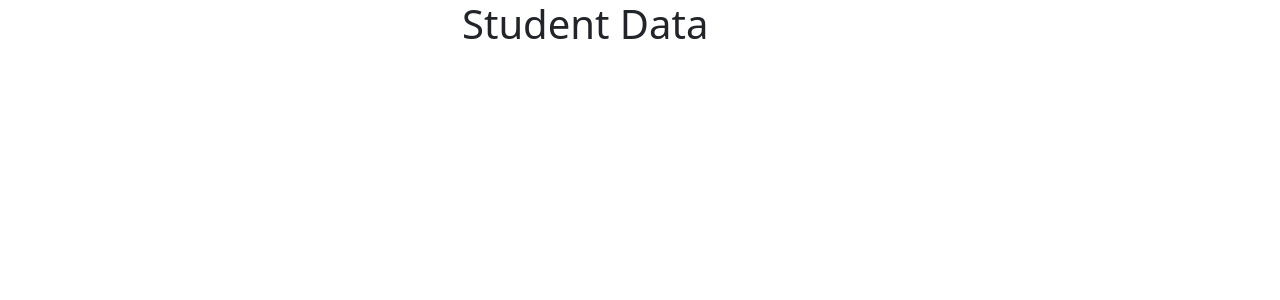
Repository: Laxman877/PracticeJava
Page: http://localhost/HibernateAssingment_004/display.jsp
An editor plug-in stored every save of this project. The page is shown before and after the next save, followed by the edit.
The browser window is 1280 px wide. The pictures show the whole page.
The page is served by Tomcat 9. Other server files are loaded and not shown.

Above is the page before, as saved 2022-07-23 06:00:18.

### HibernateAssingment_004/src/main/webapp/display.jsp
<%@ page language="java" contentType="text/html; charset=UTF-8"
    pageEncoding="UTF-8"%>
<!DOCTYPE html>
<html>
<head>
<meta charset="UTF-8">
<title>Data</title>
<link
	href="https://cdn.jsdelivr.net/npm/bootstrap@5.1.3/dist/css/bootstrap.min.css"
	rel="stylesheet"
	integrity="sha384-1BmE4kWBq78iYhFldvKuhfTAU6auU8tT94WrHftjDbrCEXSU1oBoqyl2QvZ6jIW3"
	crossorigin="anonymous">
<script
	src="https://cdn.jsdelivr.net/npm/bootstrap@5.1.3/dist/js/bootstrap.bundle.min.js"
	integrity="sha384-ka7Sk0Gln4gmtz2MlQnikT1wXgYsOg+OMhuP+IlRH9sENBO0LRn5q+8nbTov4+1p"
	crossorigin="anonymous"></script>
</head>
<body>
<div class="container">
<div class="row">
<div class="col md-4"></div>
<div class="col md-4">
<h1>Student Data</h1>
<table>
<tr>
<th></th>
</tr>
</table>
</div>
<div class="col md-4"></div>
</div>
</div>
</body>
</html>

After the next save:
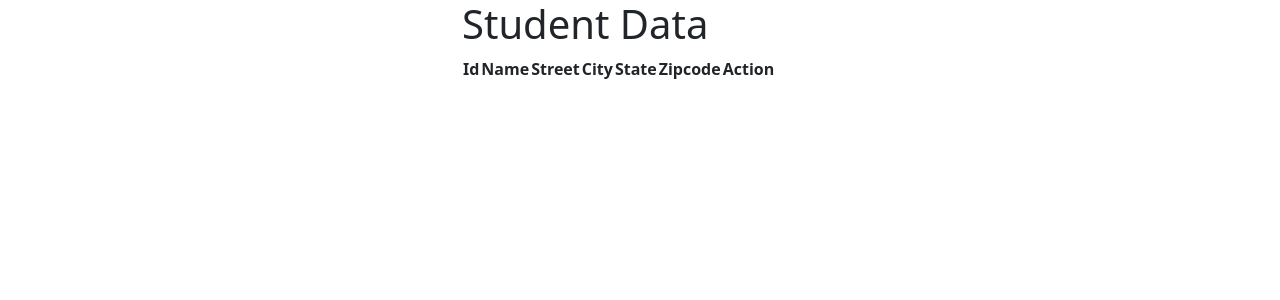
Saved 86 s later.
--- a/HibernateAssingment_004/src/main/webapp/display.jsp
+++ b/HibernateAssingment_004/src/main/webapp/display.jsp
@@ -23,7 +23,13 @@
 <h1>Student Data</h1>
 <table>
 <tr>
-<th></th>
+<th>Id</th>
+<th>Name</th>
+<th>Street</th>
+<th>City</th>
+<th>State</th>
+<th>Zipcode</th>
+<th colspan="2">Action</th>
 </tr>
 </table>
 </div>
